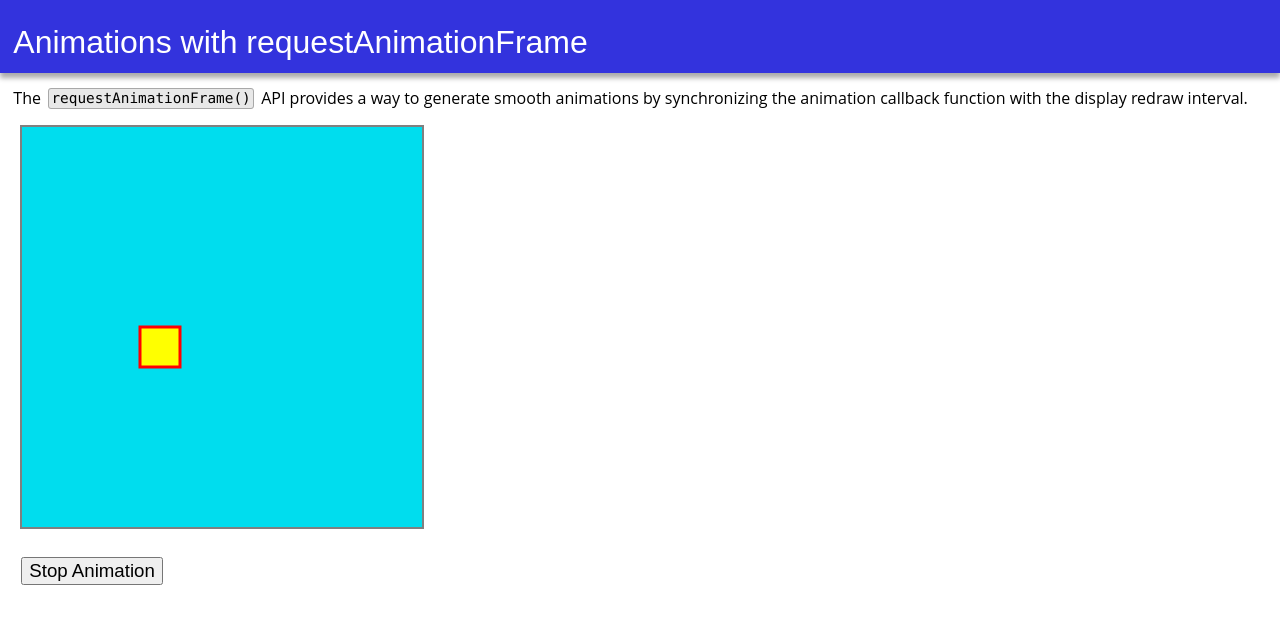
Repository: craig-o-curtis/browser-apis
Page: pages/animation.html
The author's editor kept a copy of each file at every save. The page is drawn from the files as they stood at one save, then again after the next save.
The browser window is 1280 px wide. The pictures show the whole page.

Above is the page before, as saved 2020-05-14 11:00:39.

After the next save:
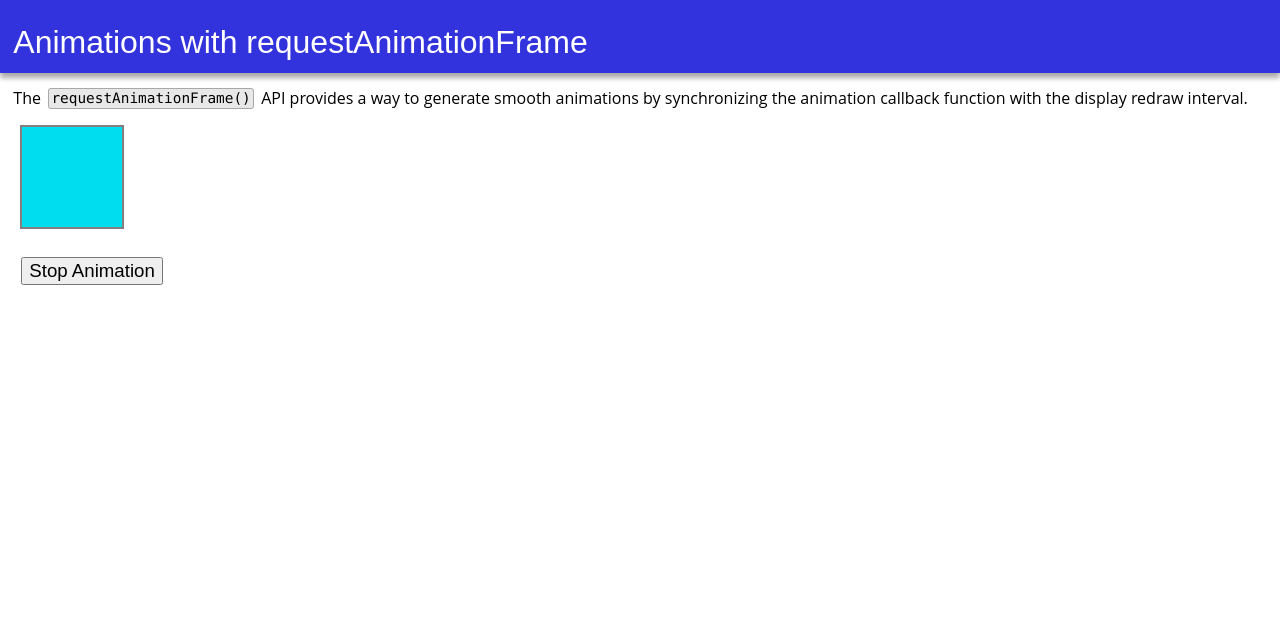
Saved 21 s later.
--- a/pages/animation.html
+++ b/pages/animation.html
@@ -10,7 +10,7 @@
         <div id="content">
             <p>The <code>requestAnimationFrame()</code> API provides a way to generate smooth animations by
                 synchronizing the animation callback function with the display redraw interval.</p>
-            <canvas width="400" height="400" id="canvas1">
+            <canvas width="100%" height="100%" id="canvas1">
                 Your browser does not support the Canvas element
             </canvas>
             <p>
